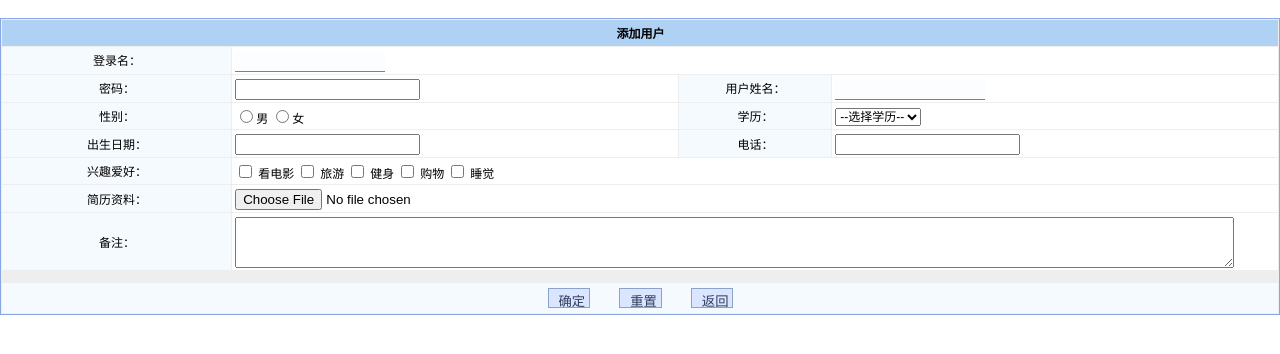
Repository: hermione-20/MyGitProjectRemote
Page: http://localhost/day28_01struts2final/user/add.jsp
The author's editor kept a copy of each file at every save. The page is drawn from the files as they stood at one save, then again after the next save.
The browser window is 1280 px wide. The pictures show the whole page.
The page is served by Tomcat 9. Other server files are loaded and not shown.

Above is the page before, as saved 2020-05-13 00:38:37.

### day28_01struts2final/WebContent/user/add.jsp
<%@ page language="java" pageEncoding="UTF-8"%>
<%@taglib uri="/struts-tags" prefix="s" %>
<HTML>
	<HEAD>
		<meta http-equiv="Content-Language" content="zh-cn">
		<meta http-equiv="Content-Type" content="text/html; charset=UTF-8">
		<LINK href="${pageContext.request.contextPath}/css/Style.css" type="text/css" rel="stylesheet">
		<script type="text/javascript" src="${pageContext.request.contextPath}/js/public.js"></script>
		<script type="text/javascript" src="${pageContext.request.contextPath}/js/check.js"></script>
		<!-- 日期插件，使用jquery -->
		<script type="text/javascript" src="${pageContext.request.contextPath}/jquery/jquery-1.4.2.js"></script>
		<link rel="stylesheet" href="${pageContext.request.contextPath}/jquery/jquery.datepick.css" type="text/css">
		<script type="text/javascript" src="${pageContext.request.contextPath}/jquery/jquery.datepick.js"></script>
		<script type="text/javascript" src="${pageContext.request.contextPath}/jquery/jquery.datepick-zh-CN.js"></script>
	</HEAD>
	<script type="text/javascript">
		$(document).ready(function(){
			//使用class属性处理  'yy-mm-dd' 设置格式"yyyy/mm/dd"
			$('#birthday').datepick({dateFormat: 'yy-mm-dd'});
		});
	</script>
	<body>
	<s:form action="add" namespace="/user" enctype="multipart/form-data">
			&nbsp;
			<table cellSpacing="1" cellPadding="5" width="100%" align="center" bgColor="#eeeeee" style="border: 1px solid #8ba7e3" border="0">
				<tr>
					<td class="ta_01" align="center" bgColor="#afd1f3" colSpan="4"
						height="26">
						<strong><STRONG>添加用户</STRONG>
						</strong>
					</td>
				</tr>

				<tr>
					<td width="18%" align="center" bgColor="#f5fafe" class="ta_01">
						登录名：
					</td>
					<td class="ta_01" bgColor="#ffffff" colspan="3">
					<s:textfield name="logonName" cssClass="bg"></s:textfield>
					</td>
				</tr>
				<tr>
					<td align="center" bgColor="#f5fafe" class="ta_01">
						 密码：
					</td>
					<td class="ta_01" bgColor="#ffffff">
					<s:password name="logonPwd"></s:password>
					</td>
					<td align="center" bgColor="#f5fafe" class="ta_01">
						用户姓名：
					</td>
					<td class="ta_01" bgColor="#ffffff">
						<input type="text" name="userName" value="" id="userAction_save_do_userName" class="bg"/>
					</td>
				</tr>
				<tr>
					<td align="center" bgColor="#f5fafe" class="ta_01">
						性别：
					</td>
					<td class="ta_01" bgColor="#ffffff">
						<input type="radio" name="sex" id="sex男" value="男"/><label for="sex男">男</label>
						<input type="radio" name="sex" id="sex女" value="女"/><label for="sex女">女</label>

					</td>
					<td align="center" bgColor="#f5fafe" class="ta_01">
						学历：
					</td>
					<td class="ta_01" bgColor="#ffffff">

						<select name="education" id="education">
						    <option value=""
						    selected="selected"
						    >--选择学历--</option>
						    <option value="博士">博士</option>
						    <option value="硕士">硕士</option>
						    <option value="研究生">研究生</option>
						    <option value="本科">本科</option>
						    <option value="专科">专科</option>
						    <option value="高中">高中</option>
						</select>

					</td>
				</tr>
				<tr>
					<td align="center" bgColor="#f5fafe" class="ta_01">
						出生日期：
					</td>
					<td class="ta_01" bgColor="#ffffff">
						<input type="text" name="birthday" size="20" value="" readonly="readonly" id="birthday"/>
					</td>
					<td align="center" bgColor="#f5fafe" class="ta_01">
						电话：
					</td>
					<td class="ta_01" bgColor="#ffffff">
						<input type="text" name="telephone" value="" id="telephone"/>
					</td>
				</tr>
				<tr>
					<td align="center" bgColor="#f5fafe" class="ta_01">
						兴趣爱好：
					</td>
					<td class="ta_01" bgColor="#ffffff" colSpan="3">
						<input type="checkbox" name="interest" value="看电影" id="interest-1"/>
						<label for="interest-1" class="checkboxLabel">看电影</label>
						<input type="checkbox" name="interest" value="旅游" id="interest-2"/>
						<label for="interest-2" class="checkboxLabel">旅游</label>
						<input type="checkbox" name="interest" value="健身" id="interest-3"/>
						<label for="interest-3" class="checkboxLabel">健身</label>
						<input type="checkbox" name="interest" value="购物" id="interest-4"/>
						<label for="interest-4" class="checkboxLabel">购物</label>
						<input type="checkbox" name="interest" value="睡觉" id="interest-5"/>
						<label for="interest-5" class="checkboxLabel">睡觉</label>
						<input type="hidden" id="__multiselect_userAction_save_do_interest" name="__multiselect_interest" value="" />
					</td>
				</tr>
				<tr>
					<td align="center" bgColor="#f5fafe" class="ta_01">
						简历资料：
					</td>
					<td class="ta_01" bgColor="#ffffff" colSpan="3">
						<input type="file" name="upload" size="30" value="" id="userAction_save_do_upload"/>
					</td>
				</tr>
				<TR>
					<TD class="ta_01" align="center" bgColor="#f5fafe">
						备注：
					</TD>
					<TD class="ta_01" bgColor="#ffffff" colSpan="3">
						<textarea name="remark" cols="30" rows="3" id="userAction_save_do_remark" style="WIDTH: 96%"></textarea>
					</TD>
				</TR>
				<TR>
					<td align="center" colSpan="4" class="sep1">
						<img src="${pageContext.request.contextPath}/images/shim.gif">
					</td>
				</TR>


				<tr>
					<td class="ta_01" style="WIDTH: 100%" align="center"
						bgColor="#f5fafe" colSpan="4">
						<button type="submit" id="userAction_save_do_submit" name="submit" value="&#30830;&#23450;" class="button_ok">
							&#30830;&#23450;
						</button>

						<FONT face="宋体">&nbsp;&nbsp;&nbsp;&nbsp;&nbsp;&nbsp;&nbsp;</FONT>
						<button type="reset" value="&#37325;&#32622;" class="button_cancel">&#37325;&#32622;</button>

						<FONT face="宋体">&nbsp;&nbsp;&nbsp;&nbsp;&nbsp;&nbsp;&nbsp;</FONT>
						<INPUT class="button_ok" type="button" onclick="history.go(-1)" value="返回"/>
						<span id="Label1"></span>
					</td>
				</tr>
			</table>
		</s:form>
	</body>
</HTML>

### day28_01struts2final/WebContent/css/Style.css
body {
	background-color: #FFFFFF;
	margin-left: 0px;
	margin-top: 0px;
	margin-right: 0px;
	margin-bottom: 0px;
}
td,select  {
	font-size: 12px;
}
A.cl:link {
    font-size:12px;
	color: #000000;
    text-decoration:none;
}
A.cl:visited {
    font-size:12px;
	color: #000000;
    text-decoration:none;
}
A.cl:hover {
    font-size:12px;
	color: #cc0000;
	text-decoration:underline;
}
A.cl_01:link {
    font-size:12px;
	color: #000066;
    text-decoration:none;
}
A.cl_01:visited {
    font-size:12px;
	color: #000066;
    text-decoration:none;
}
A.cl_01:hover {
    font-size:12px;
	color: #0066CC;
	text-decoration:underline;
}
.bt_01 {
	line-height: 155%;
	color: #FFFFFF;
	padding-left: 15px;
	padding-bottom: 10px;
}

.box04 {
	font-size: 12px;
	padding-top: 7px;
	padding-left: 16px;
	background-color: #88A5DF;
	border-top-width: 1px;
	border-right-width: 1px;
	border-bottom-width: 1px;
	border-left-width: 1px;
	border-top-style: solid;
	border-right-style: solid;
	border-bottom-style: solid;
	border-left-style: solid;
	border-top-color: #7798DC;
	border-right-color: #2C416B;
	border-bottom-color: #2C416B;
	border-left-color: #7798DC;
	padding-bottom: 4px;
}
.box01 {
	font-size: 12px;
	color: #000000;
	border-top-width: 1px;
	border-right-width: 1px;
	border-bottom-width: 1px;
	border-left-width: 1px;
	border-right-style: solid;
	border-bottom-style: solid;
	border-left-style: solid;
	border-top-color: #EDF8FF;
	border-right-color: #8099B2;
	border-bottom-color: #8099B2;
	border-left-color: #EDF8FF;
	background-color: #B2CFED;
	padding-top: 7px;
	padding-left: 16px;
	border-top-style: solid;
	padding-bottom: 4px;
}
.box05 {
	font-size: 12px;
	padding-top: 5px;
	padding-left: 30px;
	border-bottom-width: 1px;
	border-bottom-style: solid;
	border-bottom-color: #B2CFED;
	border-right-width: 1px;
	border-right-style: solid;
	border-right-color: #F4F9FF;
	padding-bottom: 3px;
	background-color: #EDF8FF;
}
.box06 {
	font-size: 12px;
	background-color: #EDF6FF;
	padding-top: 5px;
	padding-left: 30px;
	border-bottom-width: 1px;
	border-bottom-style: solid;
	border-bottom-color: #ADAEAD;
	padding-bottom: 3px;

}
.bottom {
	color: #000066;
}
A.cl_02:link {
    font-size:12px;
	color: #CC0000;
    text-decoration:underline;
}
A.cl_02:visited {
    font-size:12px;
	color: #CC0000;
    text-decoration:underline;
}
A.cl_02:hover {
    font-size:12px;
	color: #CC0000;
	text-decoration:none;
}
.top {
	padding-top: 4px;
	padding-bottom: 2px;
	font-weight: bold;
	background-color: #AFD1F3;
	border-top-width: 1px;
	border-right-width: 1px;
	border-bottom-width: 1px;
	border-left-width: 1px;
	border-top-style: solid;
	border-right-style: solid;
	border-bottom-style: solid;
	border-left-style: solid;
	border-top-color: #E3EFFB;
	border-right-color: #7990A8;
	border-bottom-color: #7990A8;
	border-left-color: #E3EFFB;
}
.ta_01 {
	padding-top: 4px;
	padding-bottom: 2px;
	padding-right: 2px;
	padding-left: 3px;
	line-height: 135%;
}

A:link {
    font-size:12px;
	color: #000000;
    text-decoration:none;
}
A:visited {
    font-size:12px;
	color: #000000;
    text-decoration:none;
}
A.eq:hover {
    font-size:12px;
	color: #0066FF;
	text-decoration:underline;
}
A.eq:link {
    font-size:12px;
	color: #000000;
    text-decoration:underline;
}
A.eq:visited {
    font-size:12px;
	color: #000000;
    text-decoration:underline;
}
A.eq:hover {
    font-size:12px;
	color: #0066FF;
	text-decoration:underline;
}
.bg {
	border-top:0px ;
	border-left:0px ;
	border-right:0px ;
	border-bottom: solid 1px gray;
	background-color: #FBFDFF;
	height:21px ;
	width:150px;
}
.button {
	background-color: #DAE6FF;
	margin: 1px;
	padding: 0px 2px 0px 2px;
	border: 1px solid #8AA2CC;
	color: #333333;
	cursor: hand;
	/*
	left: 10px;
	top: 10px;
	right: 0px;
	bottom: 10px;
	clip:  rect(10px 10px 10px 10px);
	*/
	height: 18px;
}
.button_ok {
	background-color: #DAE6FF;
	margin: 1px;
	padding: 2px 4px 2px 10px;
	border: 1px solid #8AA2CC;
	background-attachment: fixed;
	background-image: url(../images/button_ok.gif);
	background-repeat: no-repeat;
	background-position: left center;
	color: #2F3F5B;
	cursor: hand;
	text-align: right;
	left: 10px;
	top: 10px;
	right: 0px;
	bottom: 10px;
	clip:  rect(10px 10px 10px 10px);
	height: 20px;
}
.button_cancel {
	background-color: #DAE6FF;
	margin: 1px;
	padding: 2px 4px 2px 10px;
	border: 1px solid #8AA2CC;
	background-attachment: fixed;
	background-image: url(../images/button_cancel.gif);
	background-repeat: no-repeat;
	background-position: left center;
	color: #2F3F5B;
	cursor: hand;
	text-align: right;
	left: 10px;
	top: 10px;
	right: 0px;
	bottom: 10px;
	clip:  rect(10px 10px 10px 10px);
	height: 20px;
}
.button_help {
	background-color: #DAE6FF;
	margin: 1px;
	padding: 2px 4px 2px 10px;
	border: 1px solid #8AA2CC;
	background-attachment: fixed;
	background-image: url(../images/button_help.gif);
	background-repeat: no-repeat;
	background-position: left center;
	color: #2F3F5B;
	cursor: hand;
	text-align: right;
	left: 10px;
	top: 10px;
	right: 0px;
	bottom: 10px;
	clip:  rect(10px 10px 10px 10px);
	height: 20px;
}
.button_exit {
	background-color: #DAE6FF;
	margin: 1px;
	padding: 2px 4px 2px 10px;
	border: 1px solid #8AA2CC;
	background-attachment: fixed;
	background-image: url(../images/button_search.gif);
	background-repeat: no-repeat;
	background-position: left center;
	color: #2F3F5B;
	cursor: hand;
	text-align: right;
	left: 10px;
	top: 10px;
	right: 0px;
	bottom: 10px;
	clip:  rect(10px 10px 10px 10px);
	height: 20px;
	.button_search {
	background-color: #DAE6FF;
	margin: 1px;
	padding: 2px 4px 2px 10px;
	border: 1px solid #8AA2CC;
	background-attachment: fixed;
	background-image: url(../images/button_exit.gif);
	background-repeat: no-repeat;
	background-position: left center;
	color: #2F3F5B;
	cursor: hand;
	text-align: right;
	left: 10px;
	top: 10px;
	right: 0px;
	bottom: 10px;
	clip:  rect(10px 10px 10px 10px);
	height: 20px;
}
.button_view {
	background-color: #DAE6FF;
	margin: 1px;
	padding: 2px 4px 2px 10px;
	border: 1px solid #8AA2CC;
	background-attachment: fixed;
	background-image: url(../images/button_view.gif);
	background-repeat: no-repeat;
	background-position: left center;
	color: #2F3F5B;
	cursor: hand;
	text-align: right;
	left: 10px;
	top: 10px;
	right: 0px;
	bottom: 10px;
	clip:  rect(10px 10px 10px 10px);
	height: 20px;
}
.button_add {
	background-color: #DAE6FF;
	margin: 1px;
	padding: 2px 4px 2px 10px;
	border: 1px solid #8AA2CC;
	background-attachment: fixed;
	background-image: url(../images/button_add.gif);
	background-repeat: no-repeat;
	background-position: left center;
	color: #2F3F5B;
	cursor: hand;
	text-align: right;
	left: 10px;
	top: 10px;
	right: 0px;
	bottom: 10px;
	clip:  rect(10px 10px 10px 10px);
	height: 20px;
}
.button_del {
	background-color: #DAE6FF;
	margin: 1px;
	padding: 2px 4px 2px 10px;
	border: 1px solid #8AA2CC;
	background-attachment: fixed;
	background-image: url(../images/button_del.gif);
	background-repeat: no-repeat;
	background-position: left center;
	color: #2F3F5B;
	cursor: hand;
	text-align: right;
	left: 10px;
	top: 10px;
	right: 0px;
	bottom: 10px;
	clip:  rect(10px 10px 10px 10px);
	height: 20px;
}
.button_print {
	background-color: #DAE6FF;
	margin: 1px;
	padding: 2px 4px 2px 10px;
	border: 1px solid #8AA2CC;
	background-attachment: fixed;
	background-image: url(../images/button_print.gif);
	background-repeat: no-repeat;
	background-position: left center;
	color: #2F3F5B;
	cursor: hand;
	text-align: right;
	left: 10px;
	top: 10px;
	right: 0px;
	bottom: 10px;
	clip:  rect(10px 10px 10px 10px);
	height: 20px;
}
.button_modi {
	background-color: #DAE6FF;
	margin: 1px;
	padding: 2px 4px 2px 10px;
	border: 1px solid #8AA2CC;
	background-attachment: fixed;
	background-image: url(../images/button_modi.gif);
	background-repeat: no-repeat;
	background-position: left center;
	color: #2F3F5B;
	cursor: hand;
	text-align: right;
	left: 10px;
	top: 10px;
	right: 0px;
	bottom: 10px;
	clip:  rect(10px 10px 10px 10px);
	height: 20px;
}
.button_save {
	background-color: #DAE6FF;
	margin: 1px;
	padding: 2px 4px 2px 10px;
	border: 1px solid #8AA2CC;
	background-attachment: fixed;
	background-image: url(../images/button_save.gif);
	background-repeat: no-repeat;
	background-position: left center;
	color: #2F3F5B;
	cursor: hand;
	text-align: right;
	left: 10px;
	top: 10px;
	right: 0px;
	bottom: 10px;
	clip:  rect(10px 10px 10px 10px);
	height: 20px;
}
.button_alert {
	background-color: #DAE6FF;
	margin: 1px;
	padding: 2px 4px 2px 10px;
	border: 1px solid #8AA2CC;
	background-attachment: fixed;
	background-image: url(../images/button_alert.gif);
	background-repeat: no-repeat;
	background-position: left center;
	color: #2F3F5B;
	cursor: hand;
	text-align: right;
	left: 10px;
	top: 10px;
	right: 0px;
	bottom: 10px;
	clip:  rect(10px 10px 10px 10px);
	height: 20px;
}
.button_clock {
	background-color: #DAE6FF;
	margin: 1px;
	padding: 2px 4px 2px 10px;
	border: 1px solid #8AA2CC;
	background-attachment: fixed;
	background-image: url(../images/button_clock.gif);
	background-repeat: no-repeat;
	background-position: left center;
	color: #2F3F5B;
	cursor: hand;
	text-align: right;
	left: 10px;
	top: 10px;
	right: 0px;
	bottom: 10px;
	clip:  rect(10px 10px 10px 10px);
	height: 20px;
}
.button_close {
	background-color: #DAE6FF;
	margin: 1px;
	padding: 2px 4px 2px 10px;
	border: 1px solid #8AA2CC;
	background-attachment: fixed;
	background-image: url(../images/button_close.gif);
	background-repeat: no-repeat;
	background-position: left center;
	color: #2F3F5B;
	cursor: hand;
	text-align: right;
	left: 10px;
	top: 10px;
	right: 0px;
	bottom: 10px;
	clip:  rect(10px 10px 10px 10px);
	height: 20px;
}
.button_phone01 {
	background-color: #DAE6FF;
	margin: 1px;
	padding: 2px 4px 2px 10px;
	border: 1px solid #8AA2CC;
	background-attachment: fixed;
	background-image: url(../images/button_phone01.gif);
	background-repeat: no-repeat;
	background-position: left center;
	color: #2F3F5B;
	cursor: hand;
	text-align: right;
	left: 10px;
	top: 10px;
	right: 0px;
	bottom: 10px;
	clip:  rect(10px 10px 10px 10px);
	height: 20px;
}
.button_dire {
	background-color: #DAE6FF;
	margin: 1px;
	padding: 2px 4px 2px 10px;
	border: 1px solid #8AA2CC;
	background-attachment: fixed;
	background-image: url(../images/hotel_dire_arrowc.jpg);
	background-repeat: no-repeat;
	background-position: left center;
	color: #2F3F5B;
	cursor: hand;
	text-align: right;
	left: 10px;
	top: 10px;
	right: 0px;
	bottom: 10px;
	clip:  rect(10px 10px 10px 10px);
	height: 20px;
}
.NextLine
{
	word-break:break-all;word-wrap:break-word;
}
.test
{
	BACKGROUND-IMAGE: url(../images/aaa.gif); HEIGHT: 25px;

}
.optionOff
{
	color:#909090;
	background-image:url(../images/optionbgOff.gif);
	background-position:right;
	background-repeat:no-repeat;
	border-left:1px solid #a0a0a0;
	text-align:center;
	width:110px;
	cursor:hand;
}
.optionOn {
	color:#1E6BAE;
	background-image:url(../images/optionbgOn.gif);
	background-position:right;
	background-repeat:no-repeat;
	border-left:1px solid #808080;
	text-align:center;
	font-weight:bold;
	width:110px;
	cursor:hand;
}
.optionOff A,.optionOff A:link,.optionOff A:visited,.optionOff A:hover,.optionOff A:active {
	color:#909090;
	text-decoration:none;
}
.optionOn A,.optionOn A:link,.optionOn A:visited,.optionOn A:hover,.optionOn A:active {
	color:#1E6BAE;
	text-decoration:none;
}
.tbodyhidden {
	display:none;
}
.xscroll {
	overflow-x:auto;
	height:auto;
	SCROLLBAR-FACE-COLOR: #E0F0FC;
	SCROLLBAR-SHADOW-COLOR: #EAF5FD;
	SCROLLBAR-3DLIGHT-COLOR: #808080;
	SCROLLBAR-ARROW-COLOR: #808080;
	SCROLLBAR-DARKSHADOW-COLOR:#808080;
	buttonface: #666666;
}
.xscrollhidden {
	overflow-x:auto;
	display:none;
	SCROLLBAR-FACE-COLOR: #E0F0FC;
	SCROLLBAR-SHADOW-COLOR: #EAF5FD;
	SCROLLBAR-3DLIGHT-COLOR: #808080;
	SCROLLBAR-ARROW-COLOR: #808080;
	SCROLLBAR-DARKSHADOW-COLOR:#808080;
	buttonface: #666666;
}
.sep1 {
	padding:0px;
	background-color:#AFD1F3;
}
.grouptitle {
	background-color:#E0F0FC;
	color: #5580D7;
}
.bodyscroll {
	SCROLLBAR-FACE-COLOR: #f6f6f6;
	SCROLLBAR-SHADOW-COLOR: #8099B2;
	SCROLLBAR-3DLIGHT-COLOR: #8099B2;
	SCROLLBAR-ARROW-COLOR: #8099B2;
	SCROLLBAR-DARKSHADOW-COLOR:#cccccc;
	buttonface: #f6f6f6;
}

### day28_01struts2final/WebContent/js/check.js

function CheckNull(strElem,strName)
{
	if(document.getElementById(strElem).value == "")
	{
		window.alert(strName + " 槨극輕淃");
		document.getElementById(strElem).focus();
		return false;
	}

	return true;
}
function CheckMustNum(strElem,strName)
{
	if( document.getElementById(strElem).value == "" || isNaN(document.getElementById(strElem).value))
	{
		window.alert(strName + " 槨극輕淃할극伎角鑒令謹");
		document.getElementById(strElem).focus();
		return false;
	}
	return true;
}
function CheckNum(strElem,strName)
{
	if(isNaN(document.getElementById(strElem).value))
	{
		window.alert(strName + " 극伎角鑒令謹");
		document.getElementById(strElem).focus();
		return false;
	}
	return true;
}
function CheckNumber(strElem,strName)
{
	var str = document.getElementById(strElem).value ;
	for(var i=0;i<str.length;i++)
	{
		var strTmp = str.charAt(i) ;
		if(strTmp < "0" || strTmp > "9")
		{
			window.alert(strName + " 극伎角憐鑒");
			document.getElementById(strElem).focus();
			return false;
		}
	}
	return true ;
}
//怜콘渴흙櫓匡俚
function CheckChinese(strElem,strName)
{
	var str = document.getElementById(strElem).value ;
	for(var i=0;i<str.length;i++)
	{
		var strTmp = str.charAt(i) ;

		if(document.getElementById(strElem).value.indexOf('0123456789qwertyuiopasdfghjklzxcvbnm') != -1)
		{
			window.alert(strName + " 怜콘輕畇櫓匡");
			document.getElementById(strElem).focus();
			return false;
		}
	}
	return true ;
}
//怜콘渴흙櫓匡뵨亶匡
function CheckEC(strElem,strName)
{
	var str = document.getElementById(strElem).value ;
	for(var i=0;i<str.length;i++)
	{
		var strTmp = str.charAt(i) ;

		if(document.getElementById(strElem).value.indexOf('0123456789!@#$%^&*()~`,./;') != -1)
		{
			window.alert(strName + " 怜콘輕畇櫓匡뵨亶匡");
			document.getElementById(strElem).focus();
			return false;
		}
	}
	return true ;
}

function CheckEmail(strElem,strName)
{
	if(document.getElementById(strElem).value.indexOf('@') == -1)
	{
		window.alert("헝渴흙攣횅돨 " + strName);
		document.getElementById(strElem).focus();
		return false;
	}
	return true;
}

function CheckMustDate(strElem,strName)
{
	if(CommCheckDate(document.getElementById(strElem).value))
	{
		return true;
	}
	else
	{
		window.alert(strName + " 角극輕淃할槨휑퍅謹,절:1900-01-01");
		document.getElementById(strElem).focus();
		return false
	}
}
function CheckDate(strElem,strName)
{
	if(document.getElementById(strElem).value == "")
	{
		return true;
	}
	if(CommCheckDate(document.getElementById(strElem).value))
	{
		return true;
	}
	else
	{
		window.alert(strName + " 극伎角휑퍅謹,절:1900-01-01");
		document.getElementById(strElem).focus();
		return false
	}
}
function CommCheckDate(strValue)
{
	var objRegExp = /^\d{4}(\-)\d{1,2}\1\d{1,2}$/
	if(!objRegExp.test(strValue))
	{
		return false;
	}
	//
	var arrayDate = strValue.split(RegExp.$1);
	var intDay = parseInt(arrayDate[2],10);
	var intYear = parseInt(arrayDate[0],10);
	var intMonth = parseInt(arrayDate[1],10);
	switch(intMonth)
	{
		case 1:
			if(intDay <= 31 && intDay >0)
			{
				return true;
			}
		case 3:
			if(intDay <= 31 && intDay >0)
			{
				return true;
			}
		case 5:
			if(intDay <= 31 && intDay >0)
			{
				return true;
			}
		case 7:
			if(intDay <= 31 && intDay >0)
			{
				return true;
			}
		case 8:
			if(intDay <= 31 && intDay >0)
			{
				return true;
			}
		case 10:
			if(intDay <= 31 && intDay >0)
			{
				return true;
			}
		case 12:
			if(intDay <= 31 && intDay >0)
			{
				return true;
			}
		case 4:
			if(intDay <=30 && intDay >0)
			{
				return true;
			}
		case 6:
			if(intDay <=30 && intDay >0)
			{
				return true;
			}
		case 9:
			if(intDay <=30 && intDay >0)
			{
				return true;
			}
		case 11:
			if(intDay <=30 && intDay >0)
			{
				return true;
			}
		case 2:
			var booLeapYear = (intYear % 4 == 0 && (intYear % 100 != 0 || intYear % 400 == 0));
			if( ((booLeapYear && intDay <= 29) || (!booLeapYear && intDay <=28)) && intDay >0)
			{
				return true;
			}
		default:
			return false;
	}
	return false;
}

function CompareDate(SmallDate,BigDate)
{
	var intSmallYearLen = SmallDate.indexOf('-');
	var intBigYearLen = BigDate.indexOf('-');

	if(intSmallYearLen==-1 || intBigYearLen==-1)
	{
		return true;
	}

	var strSmallYear = parseInt(SmallDate.substring(0,intSmallYearLen));
	var strBigYear = parseInt(BigDate.substring(0,intBigYearLen));
	if(strSmallYear > strBigYear)
	{
		return false;
	}
	else if(strSmallYear < strBigYear)
	{
		return true;
	}
	else if(strSmallYear == strBigYear)
	{
		var intSmallMonthLen = SmallDate.indexOf('-',5);
		var intBigMonthLen = BigDate.indexOf('-',5);
		var strSmallMonth = parseInt(SmallDate.substring(intSmallYearLen+1,intSmallMonthLen));
		var strBigMonth = parseInt(BigDate.substring(intBigYearLen+1,intBigMonthLen));
		if(strSmallMonth > strBigMonth)
		{
			return false;
		}
		else if(strSmallMonth < strBigMonth)
		{
			return true;
		}
		else if(strSmallMonth == strBigMonth)
		{
			if(SmallDate.indexOf(':')>0)
			{
				SmallDate = SmallDate.substring(0,SmallDate.length-8);
			}
			if(BigDate.indexOf(':')>0)
			{
				BigDate = BigDate.substring(0,BigDate.length-8);
			}
			var intSmallDay = SmallDate.lastIndexOf('-')+1;
			var intBigDay = BigDate.lastIndexOf('-')+1;
			var strSmallDay = parseInt(SmallDate.substring(intSmallDay,SmallDate.length));
			var strBigDay = parseInt(BigDate.substring(intBigDay,BigDate.length));
			if(strSmallDay > strBigDay || strSmallDay == strBigDay)
			{
				return false;
			}
			else
			{
				return true;
			}
		}
	}

}

Loaded but not shown: day28_01struts2final/WebContent/js/public.js (common file); day28_01struts2final/WebContent/jquery/jquery-1.4.2.js (library); day28_01struts2final/WebContent/jquery/jquery.datepick.css (library); day28_01struts2final/WebContent/jquery/jquery.datepick.js (library); day28_01struts2final/WebContent/jquery/jquery.datepick-zh-CN.js (no copy from this time; the picture is the same without it)

After the next save:
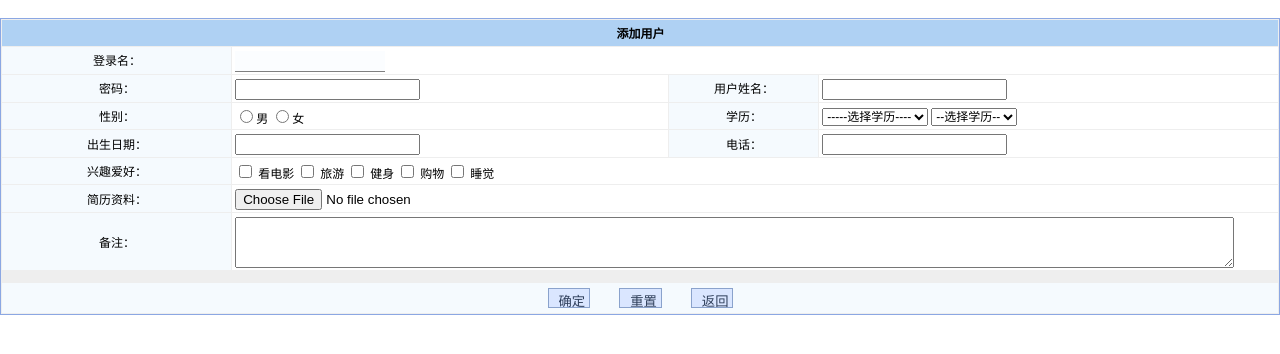
Saved 18 min 16 s later.
--- a/day28_01struts2final/WebContent/user/add.jsp
+++ b/day28_01struts2final/WebContent/user/add.jsp
@@ -50,7 +50,7 @@
 						用户姓名：
 					</td>
 					<td class="ta_01" bgColor="#ffffff">
-						<input type="text" name="userName" value="" id="userAction_save_do_userName" class="bg"/>
+					<s:textfield name="userName" class="bg" ></s:textfield>
 					</td>
 				</tr>
 				<tr>
@@ -58,14 +58,13 @@
 						性别：
 					</td>
 					<td class="ta_01" bgColor="#ffffff">
-						<input type="radio" name="sex" id="sex男" value="男"/><label for="sex男">男</label>
-						<input type="radio" name="sex" id="sex女" value="女"/><label for="sex女">女</label>
-
+					<s:radio name="gender" list="{'男','女'}"></s:radio>
 					</td>
 					<td align="center" bgColor="#f5fafe" class="ta_01">
 						学历：
 					</td>
 					<td class="ta_01" bgColor="#ffffff">
+					<s:select name="education" list="{'研究生','本科','专科','高中','初中'}" headerKey="" headerValue="-----选择学历----"></s:select>
 
 						<select name="education" id="education">
 						    <option value=""
